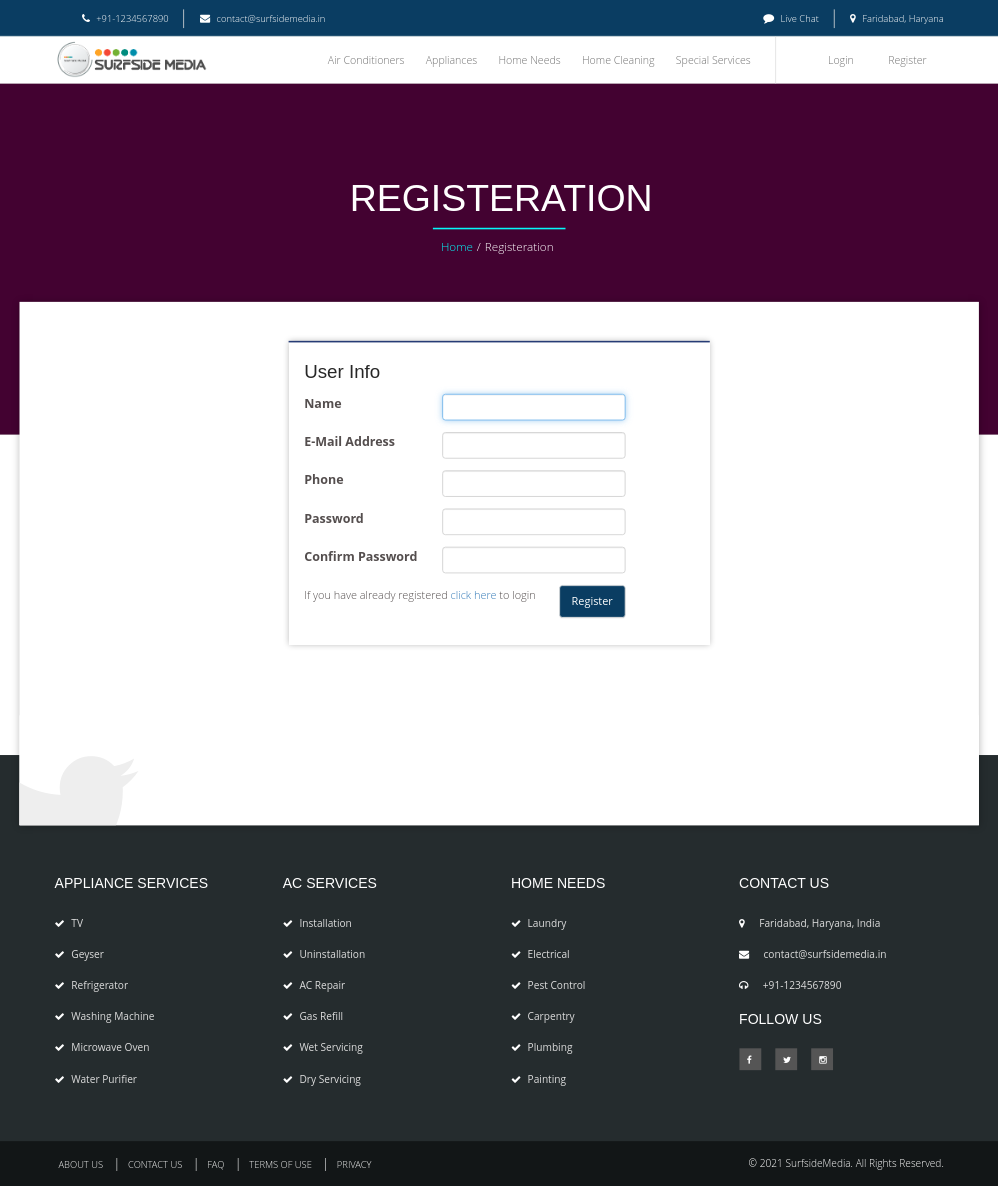
Repository: samiraelshon123/LP_Project
Page: http://localhost/register
An editor plug-in stored every save of this project. The page is shown before and after the next save, followed by the edit.
The browser window is 1280 px wide. The pictures show the whole page, at 78% of full size.
Backgrounds fixed to the window are drawn as part of the page. The page is served by the project's Laravel application, run on PHP 8.4 with Laravel 9. Other server files are loaded and not shown.

Above is the page before, as saved 2023-05-22 22:55:17.

### routes/web.php
<?php

use Illuminate\Support\Facades\Route;
use App\Http\Controllers\admin\CategoryController;
use App\Http\Controllers\admin\BrandController;
use App\Http\Controllers\admin\BlogController;
use App\Http\Controllers\admin\SocialMediaController;
use App\Http\Controllers\auth\RegisterController;
use App\Http\Controllers\auth\LoginController;
use App\Http\Controllers\auth\LogoutController;
use App\Http\Controllers\auth\AdminLoginController;

////////////

//user

use App\Http\Controllers\User\UserController;

/*
|--------------------------------------------------------------------------
| Web Routes
|--------------------------------------------------------------------------
|
| Here is where you can register web routes for your application. These
| routes are loaded by the RouteServiceProvider within a group which
| contains the "web" middleware group. Now create something great!
|
*/

Route::group(['prefix' => 'admin','middleware' => ['auth:admin']], function() {
        //admin
        Route::get('/', function(){
            return view('admin.dashboard');
        })->name('admin');

    // brand
    Route::resource('category', CategoryController::class);

    // governorate
    Route::resource('brand', BrandController::class);

    //blog
     Route::resource('blog',BlogController::class);



});

//////////////////////////////////


Route::group(['middleware' => ['auth']], function() {
    Route::get('/', [UserController::class, 'home'])->name('user.home');
    Route::get('/category/{id}', [UserController::class, 'category'])->name('user.category');
    Route::get('/governorate/{id}', [UserController::class, 'governorate'])->name('user.governorate');
    Route::post('/search', [UserController::class, 'search'])->name('user.search');
    Route::get('/contact', [UserController::class, 'contact'])->name('user.contact');
    Route::post('/storeContact', [UserController::class, 'storeContact'])->name('user.storeContact');




});

//////////////////////////////////

//authentication

Route::get('/register', [RegisterController::class, 'register'])->name('register');
Route::post('/register', [RegisterController::class, 'registerUser'])->name('registerUser');


Route::get('/login', [LoginController::class, 'login'])->name('login');
Route::post('/login', [LoginController::class, 'loginUser'])->name('loginUser');


Route::get('/logout', [LogoutController::class, 'logout']);

Route::get('/adminlogin', [AdminLoginController::class, 'loginPage']);
Route::post('/adminlogin', [AdminLoginController::class, 'loginAdmin'])->name('adminlogin');

### app/Http/Controllers/auth/RegisterController.php
<?php

namespace App\Http\Controllers\auth;

use Illuminate\Http\Request;
use App\Http\Controllers\Controller;
use App\Models\User;
class RegisterController extends Controller
{
    public function register(){
        return view('user.auth.register');
    }
    public function registerUser(Request $request){
        $data = $this->validate(request(),[
            'first_name' => 'required',
            'last_name' => 'required',
            'email' => 'required|unique:users',
            'password' => 'required',


        ],[],[]);
        $news = User::create( [

            'first_name' => request('first_name'),
            'last_name' => request('last_name'),
            'email' => request('email'),
            'password' => bcrypt(request('password')),

        ]);
        return redirect('/');

    }
}

### resources/views/user/auth/register.blade.php
@include('layouts.header')

<div class="section-title-01 honmob">
            <div class="bg_parallax image_02_parallax"></div>
            <div class="opacy_bg_02">
                <div class="container">
                    <h1>Registeration</h1>
                    <div class="crumbs">
                        <ul>
                            <li><a href="index.php.html">Home</a></li>
                            <li>/</li>
                            <li>Registeration</li>
                        </ul>
                    </div>
                </div>
            </div>
        </div>
        <section class="content-central">
            <div class="semiboxshadow text-center">
            </div>
            <div class="content_info">
                <div class="paddings-mini">
                    <div class="container">
                        <div class="col-xs-12 col-sm-6 col-md-6 col-md-offset-3 profile1" style="padding-bottom:40px;">
                            <div class="thinborder-ontop">
                                <h3>User Info</h3>
                                <form id="userregisterationform">
                                    <div class="form-group row">
                                        <label for="name" class="col-md-4 col-form-label text-md-right">Name</label>
                                        <div class="col-md-6">
                                            <input id="name" type="text" class="form-control" name="name" value="" required="" autofocus="">
                                        </div>
                                    </div>
                                    <div class="form-group row">
                                        <label for="email" class="col-md-4 col-form-label text-md-right">E-Mail Address</label>
                                        <div class="col-md-6">
                                            <input id="email" type="email" class="form-control" name="email" value="" required="">
                                        </div>
                                    </div>

                                    <div class="form-group row">
                                        <label for="phone" class="col-md-4 col-form-label text-md-right">Phone</label>
                                        <div class="col-md-6">
                                            <input id="phone" type="text" class="form-control" name="phone" value="" required="" autofocus="">
                                        </div>
                                    </div>

                                    <div class="form-group row">
                                        <label for="password"
                                            class="col-md-4 col-form-label text-md-right">Password</label>
                                        <div class="col-md-6">
                                            <input id="password" type="password" class="form-control" name="password" required="">
                                        </div>
                                    </div>
                                    <div class="form-group row">
                                        <label for="password-confirm"
                                            class="col-md-4 col-form-label text-md-right">Confirm Password</label>
                                        <div class="col-md-6">
                                            <input id="password-confirm" type="password" class="form-control" name="password_confirmation" required="">
                                        </div>
                                    </div>
                                    <div class="form-group row mb-0">
                                        <div class="col-md-10">
                                            <span style="font-size: 14px;">If you have already registered <a
                                                    href="login.html" title="Login">click here</a> to login</span>
                                            <button type="submit" class="btn btn-primary pull-right">Register</button>
                                        </div>
                                    </div>
                                </form>
                            </div>
                        </div>
                    </div>
                </div>
            </div>
            <div class="section-twitter">
                <i class="fa fa-twitter icon-big"></i>
                <div class="container">
                    <div class="row">
                        <div class="col-md-12">
                            <div class="text-center">
                            </div>
                        </div>
                    </div>
                </div>
            </div>
        </section>
        @include('layouts.footer')

### public/asset/css/chblue.css
/* Backgrounds ----------------------------------------------------------*/
.btn-primary,
.btn-primary:hover,
.flat-mega-menu .drop-down.full-width ul li a.btn,
.filter-header input[type="submit"],
.ui-widget-header,
.ui-state-default:hover,
.ui-widget-content .ui-state-default:hover,
.ui-widget-header .ui-state-default:hover,
.flat-mega-menu .login-form input[type=submit],
.flat-mega-menu .search-bar ul input[type=submit],
.skin_base,
.promotion-box-info .btn,
.list-styles li i,
.info-gallery .price b,
.widget .input-group-addon.btn-search input,
.header-v2,
.info-head,
.nav-tabs li.active a,
.nav-tabs li.active a:hover,
.nav-tabs li a:hover,
.sort-by-container .style-view li:hover,
.sort-by-container .style-view li.active,
.selector span.custom-select:before,
.slider-selection,
.filter-widget input[type="submit"],
.tabs-detailed .services-lines li:hover,
.pagination > .active > a,
.pagination .active,
.tooltip-inner,
.owl-theme .owl-controls .owl-buttons div,
#theme-options .layout-style li.active,
.thumbs li:hover,
p.lead .line,
.info-testimonial,
.filter-header,
.profilebackground,
.filter-header input[type="button"]{
	background: #0a3d62 !important;
	background-color: #0a3d62 !important;
}
.opacy_bg_03,
.item-team-01 .info-team,
.header-detailed{
	background: #0a3d62;
	background: rgba(136, 196, 37, 0.6);
}

/* Colors ----------------------------------------------------------*/
.item-service-line i,
.titles h2 span,
.info-boxed h3 span,
.price span,
.title-footer h2 span,
.flat-mega-menu > ul > .title > a > span,
.flat-mega-menu > ul > .title i,
.icon-big-nav i,
.ui-datepicker th,
.head-feature,
.flat-mega-menu > ul > li:hover > a,
.footer-v2 ul li i,
.footer-v3 ul li i,
.footer-v4 ul li i,
.flat-mega-menu > ul > li:hover > a,
.flat-mega-menu .login-form:hover,
.flat-mega-menu .search-bar:hover,
.item-team h4 span,
.item-team-01 .social-team li a:hover,
.large-number,
.info-gallery h3 span,
.post-format-icon > i,
.post-item .post-title a:hover,
.post-meta a:hover,
.post-quote-author a,
.single-blog h4 i,
.single-blog h4 a,
.nav-tabs li i,
.container-by-widget-filter h4,
.title-results a,
blockquote > a,
.tweet_time a,
.tweet_text a,
.acc-trigger a:hover, .acc-trigger.active a, .acc-trigger.active a:hover,
.crumbs li a,
.page-error h1 i,
.sitemap li a:hover,
.pagination > li > a, .pagination > li > span,
address i,
address a{
	color: #0a3d62;
}

/* Borders ----------------------------------------------------------*/
.pagination > .active > a,
.pagination > .active:hover > a,
.filter-header,
.flat-mega-menu h2 span,
.ui-datepicker,
.crumbs ul,
.portfolioFilter .current, .portfolioFilter a:hover,
.post-format-icon > i,
.section-title-03 h1,
.title-widget{
	border-color: #0a3d62 !important;
}
.crumbs:before{
	border-bottom: 20px solid #0a3d62;
}
.tooltip.top .tooltip-arrow {
  border-top-color: #0a3d62;
}
.flat-mega-menu .drop-down,
.flat-mega-menu .social-bar ul {
	border-bottom-color: #0a3d62;
}
.nav-tabs li.active:after {
	border: 16px solid #0a3d62;
	border-left-color: transparent;
	border-right-color: transparent;
	border-bottom-color: transparent;
	content: "";
	left: 50%;
	margin-left: -16px;
	position: absolute;
	z-index: 101;
}
.title-widget:after {
  border-top: 15px solid  #0a3d62;
}

hr.separator::before {
	background: #0a3d62;
}
#footer .fa{
	color:#fff;
}
.footer-m {
	border-top: 2px solid #0a3d62;
}

.footer-m ul li a .fa {
	color: #0a3d62 !important;
}

 .crumbs ul{
	border-color: #05f9f9 !important;
}

.crumbs ul li a{
	color: #05f9f9 !important;
}

.line{
	background: #05f9f9 !important;
	background-color: #05f9f9 !important;
}
.header-v3 {
	z-index: 9999;
}
.error{
	color:#f20e0e !important;
	font-size: 14px !important;
}

.typeahead, .typeahead li{
	z-index: 99999 !important;
}
#sponsors{
	z-index: 101;
}
.#owl-wrapper{
	z-index: 100;
}

### public/asset/css/theme-responsive.css
/* ---------------------------------------------------------------------- */
/*	Version 1500px
/* ---------------------------------------------------------------------- */
@media handheld, only screen and (max-width: 1500px) {
	.layout-wide .crumbs:before{
	    left: 15%;
	}
	/* Filter Header - Title Header ------------------------------*/
	.filter-title{
		top: 12%;
		left: 0%;
		margin-left: 0;
		width: 100%;
	}
	.title-header h1{
		font-size: 4rem;
		line-height: 4.3rem;
	}
	.filter-header{
		max-width: 80%;
	}
}
/* ---------------------------------------------------------------------- */
/*	Version 1280px
/* ---------------------------------------------------------------------- */
@media handheld, only screen and (max-width: 1250px) {
	.flat-mega-menu > ul > li > a {
		padding-left: 8px;
		padding-right: 8px;
		font-size: 0.78rem;
	}
	.flat-mega-menu > ul > .title i{
		right: 20%;
	}
	/* Filter Header - Title Header ------------------------------*/
	.filter-title{
		top: 12%;
		left: 0%;
		margin-left: 0;
		width: 100%;
	}
	.title-header h1{
		font-size: 3.5rem;
		line-height: 3.7rem;
	}
	.layout-semiboxed .flat-mega-menu .container,
	.layout-semiboxed footer .container{
		width: auto !important;
		padding-right: 15px !important;
  		padding-left: 15px !important;
	}
}
/* ---------------------------------------------------------------------- */
/*	Version 1024px
/* ---------------------------------------------------------------------- */
@media handheld, only screen and (max-width: 1024px) {

	.section-title{
		height: 290px;
	}
	.semiboxshadow img {
		display: none;
	}
}
/* ---------------------------------------------------------------------- */
/*	 Version 1000px
/* ---------------------------------------------------------------------- */
@media handheld, only screen and (max-width: 999px) {
	html {
		font-size: 14px;
	}

	header{
		position: relative;
	}
	.content-info{
		max-width: auto;
		margin-top: 0;
		margin-bottom: -120px;
	}

	.layout-wide .content-info{
		max-width: auto;
	}
	.layout-wide .semiboxshadow{
		display: none;
	}
	.layout-boxed-margin{
		max-width: 1230px;
		margin: 0 auto;
	}
	.footer-down,
	.footer-down ul,
	header{
		text-align: center;
	}
	footer h4,
	.post-item h4{
		margin-top: 20px;
	}
	.img-footer{
		margin-top: 60px;
	}
	.footer-v3 .img-footer{
		margin-top: 0;
		margin-bottom: 0;
	}

	/* Filter Header - Title Header ------------------------------*/
	.header-v1{
		background: rgba(0,0,0,0.7);
		max-height: 2000px !important;
	}
	.flat-mega-menu > ul > .title > a{
		padding-left: 0;
		padding-right: 0;
	}
	.flat-mega-menu > ul > .title i{
		right: 40%;
	}
	.flat-mega-menu > ul > li > a {
		font-size: 1rem;
	}
	.filter-title{
		top: 12%;
		left: 10%;
		margin-left: -5%;
		width: 90%;
	}
	.title-header h1{
		font-size: 3rem;
		line-height: 3.4rem;
	}
	.title-header p{
		max-width: 700px;
	}
	.filter-header{
		max-width: 100%;
	}
	.content-central{
		margin-top: -50px;
		margin-bottom: -150px;
	}
	.services-lines{
		width: 100%;
		margin-top: 30px;
	}
	.services-lines-info{
		text-align: center;
	}
	.services-lines-info p.lead .line {
	  margin: 20px auto;
	}
	.promotion-box{
		max-width: 350px;
		margin:0 auto 30px auto;
	}
	.info-testimonial{
		width: 100%;
		margin-left: 0;
	}
	#slide-features .btn{
		margin-bottom: 20px;
	}
	footer{
		text-align: center;
	}
	.testimonial-info{
		text-align: center;
		padding-bottom: 100px;
	}
	.content-boxes .item-boxed{
		width: 100%;
	}
	.testimonial-info{
		padding-top: 80px;
	}
	footer .input-group{
		margin-bottom: 20px;
	}
	.footer-v1 ul.nav-footer{
		margin-top: 10px;
	}
	.section-title-01 h1{
		padding-top: 180px;
	}
	.section-title-02,
	.section-title-03{
		text-align: center;
		height: 300px;
	}
	.section-title-02 .crumbs,
	.section-title-03 .crumbs{
	  padding: 0;
	  text-align: center;
	}
	.section-title-03 h1{
		padding: 110px 0 10px 0;
	}
	.section-title-03 .crumbs ul {
	  margin: 10px auto;
	  padding: 10px;
	  list-style: none;
	}
	.item-table{
		margin:0 auto 30px auto;
		max-width: 380px;
		border:1px solid #dedede !important;
	}

}
/* ---------------------------------------------------------------------- */
/*	 Mobile Version 768px
/* ---------------------------------------------------------------------- */
@media handheld, only screen and (max-width: 768px) {


}
/* ---------------------------------------------------------------------- */
/*	 Version 600px
/* ---------------------------------------------------------------------- */
@media handheld, only screen and (max-width: 600px) {
	.flat-mega-menu > ul > .title i{
		display: none !important;
	}
	.filter-title{
		top: 40%;
	}
	.filter-header{
		max-width: 100%;
		height: auto;
		overflow: auto;
	}
	.content-central{
		margin-top: 0;
		margin-bottom: -150px;
	}
	.title-header h1{
		font-size: 2rem;
		line-height: 2.4rem;
	}
	.filter-header .input-large{
		width: 40%;
	}
	.filter-header .date-input{
		width: 20%;
		font-size: 0.7rem;
		border-top: 1px solid #dedede;
	}
	.filter-header .selector {
		width: 20%;
		border-top: 1px solid #dedede;
	}
	.filter-header input[type="submit"]{
		width: 100%;
	}
	.content-boxes .item-boxed{
		margin-bottom: 30px;
		display: block;
	}
	.image-boxed{
		float: none !important;
	  	width: 100% !important;
	  	display: block !important;
	}
	.image-boxed img{
		width: auto !important;
	}
	.info-boxed{
	  	width: 100% !important;
	  	top: 0;
	  	margin-bottom: 30px;
	  	height: auto;
	}
	.boxed-bottom{
		border-bottom: 0 !important;
	}
	.boxed-top{
		border-top: 0 !important;
	}
	.services-lines li{
		width: 33.33%;
	}
	.image-boxed a.more-boxe{
		top: 60%;
	}
}
/* ---------------------------------------------------------------------- */
/*	 Version 480px
/* ---------------------------------------------------------------------- */
@media handheld, only screen and (max-width: 470px) {
	.title-header p,
	.title-header h1{
		display: none;
	}
	.filter-header .input-large{
		width: 100%;
	}
	.filter-header .date-input{
		width: 100%;
		font-size: 0.7rem;
	}
	.filter-header .selector {
		width: 100%;
	}
	.filter-header input[type="submit"]{
		width: 100%;
	}
	.services-lines li{
		width: 50%;
	}
}

Loaded but not shown: app/Http/Controllers/Controller.php (common file); public/asset/css/dtb/jquery.dataTables.min.css (library); public/asset/css/select2.min.css (library); public/asset/css/toastr.min.css (library); public/asset/js/jquery.js (library); public/asset/js/jquery-ui.1.10.4.min.js (library); public/asset/js/toastr.min.js (library); public/asset/js/modernizr.js (library); lang/en.json (common file); public/asset/css/bootstrap/bootstrap.min.css (library); public/asset/css/bootstrap/bootstrap-theme.css (library); public/asset/css/bootstrap/bootstrap-slider.css (library); public/asset/js/fancybox/jquery.fancybox.css (library); public/asset/css/animations/animate.css (library); public/asset/css/carousel/owl.carousel.css (common file); public/asset/css/carousel/owl.theme.css (library); public/asset/css/flickr/flickr.css (common file); public/asset/css/icons/font-awesome.min.css (library); public/asset/css/slide/revolution.css (common file); public/asset/css/style.css (4114 lines, source omitted); public/asset/js/rs-plugin/css/settings.css (2436 lines, source omitted); public/asset/css/calendar/calendar.css (1201 lines, source omitted); public/asset/css/slide/extralayers.css (1390 lines, source omitted); public/asset/css/nav/style.css (882 lines, source omitted); resources/views/layouts/footer.blade.php (132 lines, source omitted); resources/views/layouts/header.blade.php (127 lines, source omitted); public/asset/css/skins/theme-options.css (246 lines, source omitted)

After the next save:
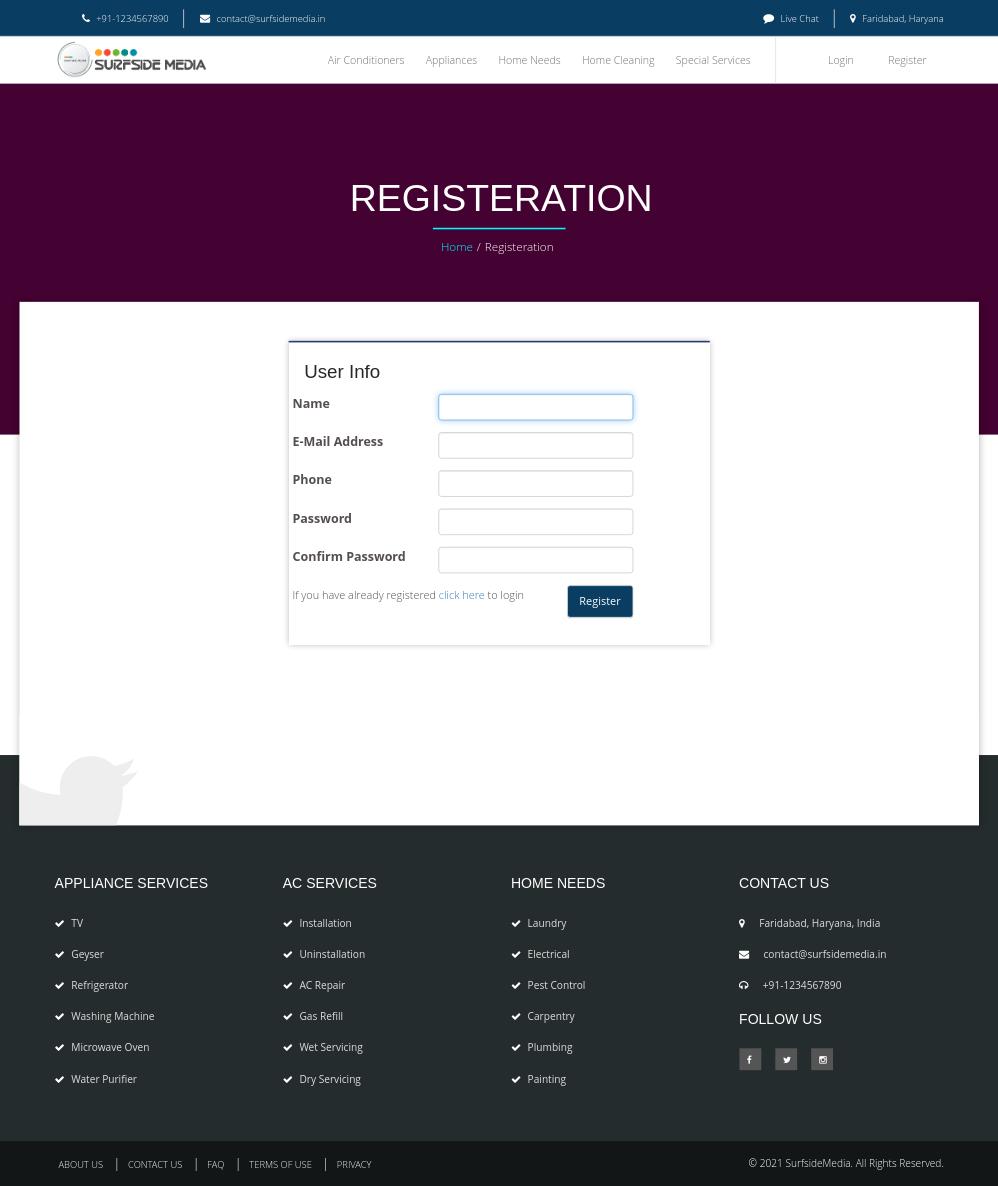
Saved 17 min 2 s later.
--- a/resources/views/user/auth/register.blade.php
+++ b/resources/views/user/auth/register.blade.php
@@ -24,8 +24,8 @@
                         <div class="col-xs-12 col-sm-6 col-md-6 col-md-offset-3 profile1" style="padding-bottom:40px;">
                             <div class="thinborder-ontop">
                                 <h3>User Info</h3>
-                                <form id="userregisterationform">
-                                    <div class="form-group row">
+                                <form class="row g-3" method="POST" action="{{ route('register') }}" enctype="multipart/form-data">
+               @csrf                                    <div class="form-group row">
                                         <label for="name" class="col-md-4 col-form-label text-md-right">Name</label>
                                         <div class="col-md-6">
                                             <input id="name" type="text" class="form-control" name="name" value="" required="" autofocus="">
